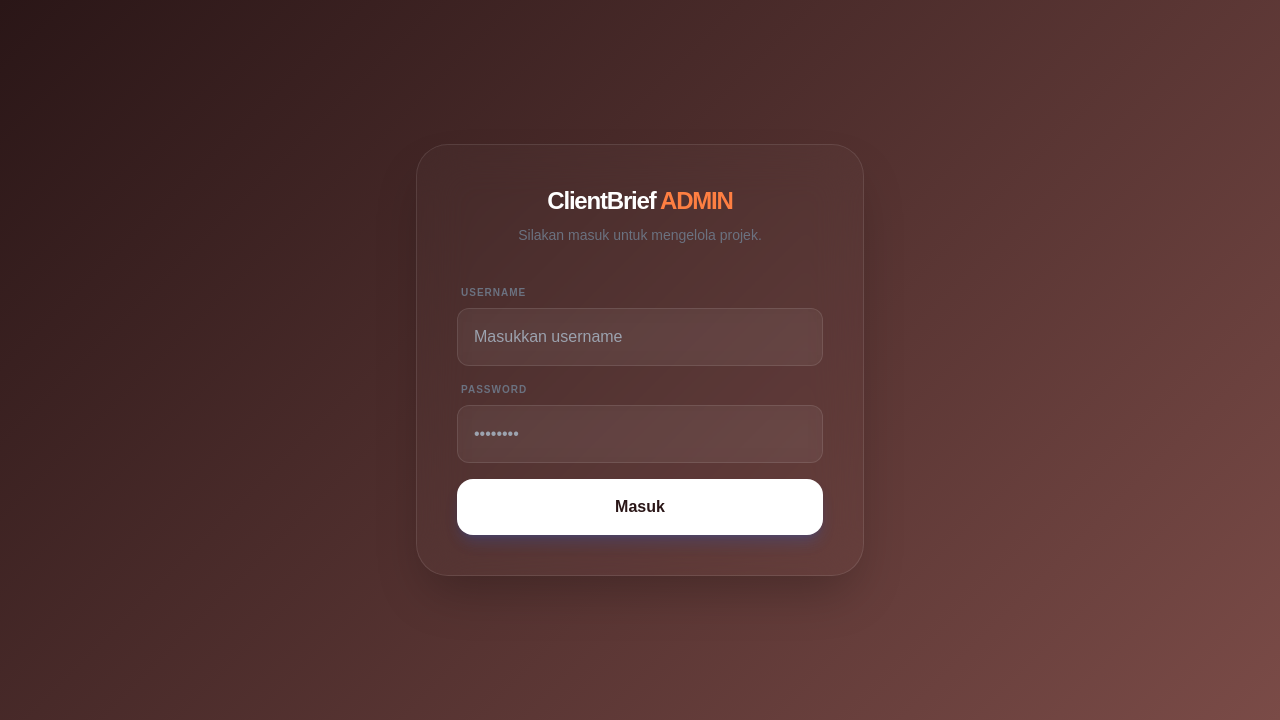
Repository: zhr-nabila/ClientBrief
Page: http://localhost/admin/login.php
An editor plug-in stored every save of this project. The page is shown before and after the next save, followed by the edit.
The browser window is 1280 px wide. The pictures show the whole page.
Some web fonts or font styles are not loaded; a fallback is used. Some web libraries are served in a nearby version. The page is run by PHP 8.4 with error messages shown; the project is at /var/www/html/.

Above is the page before, as saved 2026-01-20 21:39:05.

After the next save:
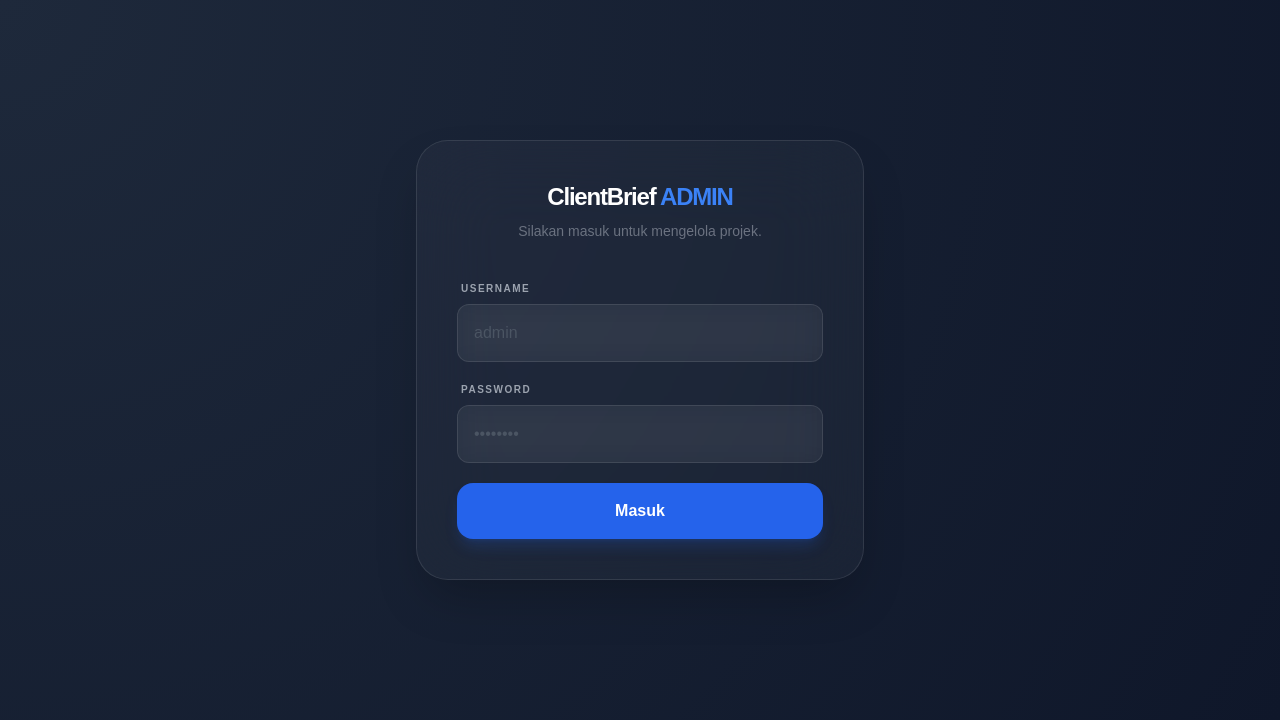
Saved 44 s later.
--- a/admin/login.php
+++ b/admin/login.php
@@ -26,43 +26,43 @@
     <title>Admin Login | ClientBrief</title>
     <script src="https://cdn.tailwindcss.com"></script>
     <link href="https://fonts.googleapis.com/css2?family=Plus+Jakarta+Sans:wght@400;700&display=swap" rel="stylesheet">
-    <link rel="stylesheet" href="../assets/css/style.css">
     <style>
         body {
             font-family: 'Plus Jakarta Sans', sans-serif;
-            background: #1a1a1a; /* Pastikan ada background agar efek blur terlihat */
+            /* Tambahkan background gradient agar efek blur terlihat nyata */
+            background: radial-gradient(circle at top left, #1e293b, #0f172a);
         }
     </style>
 </head>
 
 <body class="flex items-center justify-center min-h-screen p-6">
-    <div class="w-full max-w-md bg-white/[0.02] border border-white/10 p-10 rounded-[32px] backdrop-blur-xl shadow-2xl">
+    <div class="w-full max-w-md bg-white/[0.03] border border-white/10 p-10 rounded-[32px] backdrop-blur-2xl shadow-2xl">
         <div class="text-center mb-10">
             <h1 class="text-2xl font-black tracking-tighter text-white">ClientBrief <span class="text-blue-500">ADMIN</span></h1>
             <p class="text-gray-500 text-sm mt-2">Silakan masuk untuk mengelola projek.</p>
         </div>
 
         <?php if (isset($error)): ?>
-            <div class="bg-red-500/10 border border-red-500/20 text-red-500 text-xs p-4 rounded-xl mb-6 text-center">
+            <div class="bg-red-500/10 border border-red-500/20 text-red-400 text-[11px] p-4 rounded-xl mb-6 text-center ring-1 ring-red-500/20">
                 <?= $error ?>
             </div>
         <?php endif; ?>
 
-        <form method="POST" class="space-y-4">
+        <form method="POST" class="space-y-5">
             <div>
-                <label class="text-[10px] font-bold text-gray-500 uppercase tracking-widest ml-1 mb-2 block">Username</label>
+                <label class="text-[10px] font-bold text-gray-400 uppercase tracking-[0.15em] ml-1 mb-2 block">Username</label>
                 <input type="text" name="username"
-                    class="w-full bg-white/[0.05] border border-white/10 p-4 rounded-xl text-white outline-none focus:border-blue-500 transition backdrop-blur-md"
-                    placeholder="Masukkan username" required>
+                    class="w-full bg-white/[0.05] border border-white/10 p-4 rounded-xl text-white outline-none focus:border-blue-500/50 focus:ring-4 focus:ring-blue-500/10 transition-all backdrop-blur-md placeholder:text-gray-600"
+                    placeholder="admin" required>
             </div>
             <div>
-                <label class="text-[10px] font-bold text-gray-500 uppercase tracking-widest ml-1 mb-2 block">Password</label>
+                <label class="text-[10px] font-bold text-gray-400 uppercase tracking-[0.15em] ml-1 mb-2 block">Password</label>
                 <input type="password" name="password"
-                    class="w-full bg-white/[0.05] border border-white/10 p-4 rounded-xl text-white outline-none focus:border-blue-500 transition backdrop-blur-md"
+                    class="w-full bg-white/[0.05] border border-white/10 p-4 rounded-xl text-white outline-none focus:border-blue-500/50 focus:ring-4 focus:ring-blue-500/10 transition-all backdrop-blur-md placeholder:text-gray-600"
                     placeholder="••••••••" required>
             </div>
             <button type="submit" name="login"
-                class="w-full bg-blue-600 py-4 rounded-2xl font-bold text-white mt-4 hover:bg-blue-700 transition shadow-lg shadow-blue-600/20 active:scale-[0.98]">
+                class="w-full bg-blue-600 py-4 rounded-2xl font-bold text-white mt-4 hover:bg-blue-500 active:scale-[0.98] transition-all shadow-lg shadow-blue-600/20">
                 Masuk
             </button>
         </form>

After the save that followed:
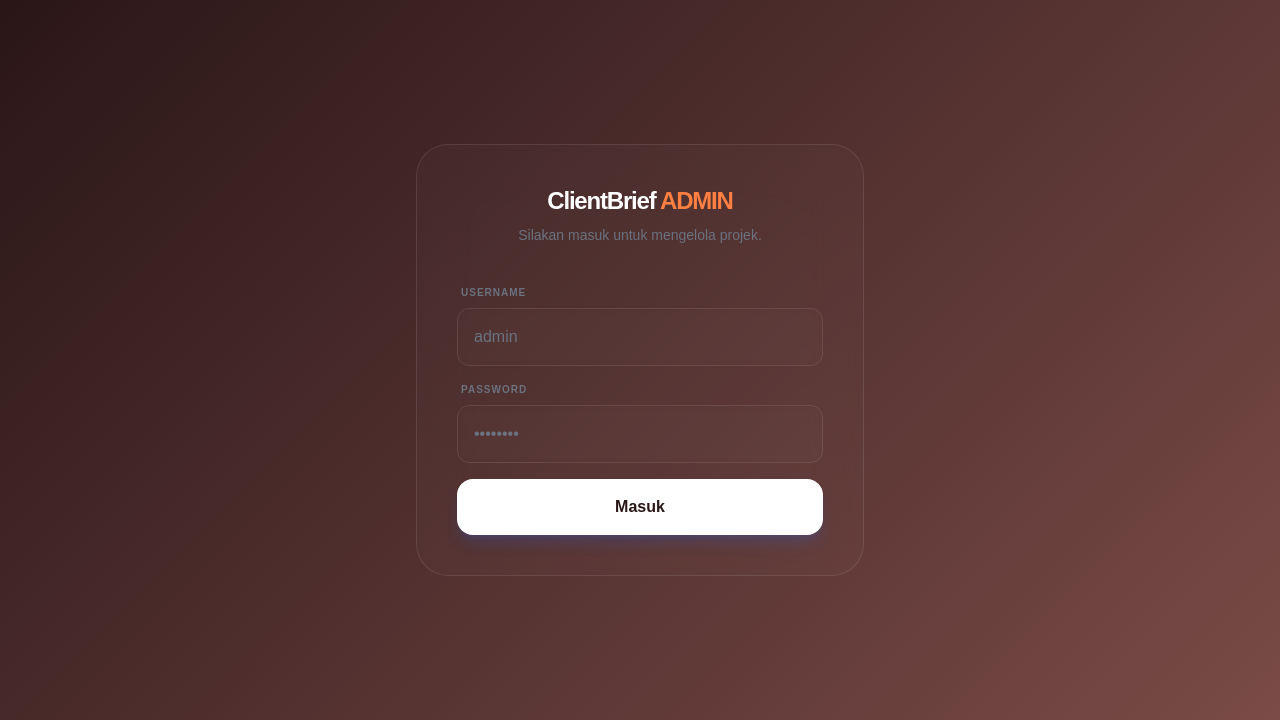
Saved 10 s later.
--- a/admin/login.php
+++ b/admin/login.php
@@ -26,45 +26,28 @@
     <title>Admin Login | ClientBrief</title>
     <script src="https://cdn.tailwindcss.com"></script>
     <link href="https://fonts.googleapis.com/css2?family=Plus+Jakarta+Sans:wght@400;700&display=swap" rel="stylesheet">
-    <style>
-        body {
-            font-family: 'Plus Jakarta Sans', sans-serif;
-            /* Tambahkan background gradient agar efek blur terlihat nyata */
-            background: radial-gradient(circle at top left, #1e293b, #0f172a);
-        }
-    </style>
+    <link rel="stylesheet" href="../assets/css/style.css">
 </head>
 
-<body class="flex items-center justify-center min-h-screen p-6">
-    <div class="w-full max-w-md bg-white/[0.03] border border-white/10 p-10 rounded-[32px] backdrop-blur-2xl shadow-2xl">
+<body class="flex items-center justify-center min-h-screen p-6 bg-gray-900">
+    <div class="w-full max-w-md bg-white/[0.02] border border-white/10 p-10 rounded-[32px] backdrop-blur-xl">
         <div class="text-center mb-10">
             <h1 class="text-2xl font-black tracking-tighter text-white">ClientBrief <span class="text-blue-500">ADMIN</span></h1>
             <p class="text-gray-500 text-sm mt-2">Silakan masuk untuk mengelola projek.</p>
         </div>
-
         <?php if (isset($error)): ?>
-            <div class="bg-red-500/10 border border-red-500/20 text-red-400 text-[11px] p-4 rounded-xl mb-6 text-center ring-1 ring-red-500/20">
-                <?= $error ?>
-            </div>
+            <div class="bg-red-500/10 border border-red-500/20 text-red-500 text-xs p-4 rounded-xl mb-6 text-center"><?= $error ?></div>
         <?php endif; ?>
-
-        <form method="POST" class="space-y-5">
+        <form method="POST" class="space-y-4">
             <div>
-                <label class="text-[10px] font-bold text-gray-400 uppercase tracking-[0.15em] ml-1 mb-2 block">Username</label>
-                <input type="text" name="username"
-                    class="w-full bg-white/[0.05] border border-white/10 p-4 rounded-xl text-white outline-none focus:border-blue-500/50 focus:ring-4 focus:ring-blue-500/10 transition-all backdrop-blur-md placeholder:text-gray-600"
-                    placeholder="admin" required>
+                <label class="text-[10px] font-bold text-gray-500 uppercase tracking-widest ml-1 mb-2 block">Username</label>
+                <input type="text" name="username" class="w-full bg-transparent border border-white/10 p-4 rounded-xl text-white outline-none focus:border-blue-500 transition backdrop-blur-sm placeholder:text-gray-500" placeholder="admin" required>
             </div>
             <div>
-                <label class="text-[10px] font-bold text-gray-400 uppercase tracking-[0.15em] ml-1 mb-2 block">Password</label>
-                <input type="password" name="password"
-                    class="w-full bg-white/[0.05] border border-white/10 p-4 rounded-xl text-white outline-none focus:border-blue-500/50 focus:ring-4 focus:ring-blue-500/10 transition-all backdrop-blur-md placeholder:text-gray-600"
-                    placeholder="••••••••" required>
+                <label class="text-[10px] font-bold text-gray-500 uppercase tracking-widest ml-1 mb-2 block">Password</label>
+                <input type="password" name="password" class="w-full bg-transparent border border-white/10 p-4 rounded-xl text-white outline-none focus:border-blue-500 transition backdrop-blur-sm placeholder:text-gray-500" placeholder="••••••••" required>
             </div>
-            <button type="submit" name="login"
-                class="w-full bg-blue-600 py-4 rounded-2xl font-bold text-white mt-4 hover:bg-blue-500 active:scale-[0.98] transition-all shadow-lg shadow-blue-600/20">
-                Masuk
-            </button>
+            <button type="submit" name="login" class="w-full bg-blue-600 py-4 rounded-2xl font-bold text-white mt-4 hover:bg-blue-700 transition shadow-lg shadow-blue-600/20">Masuk</button>
         </form>
     </div>
 </body>
